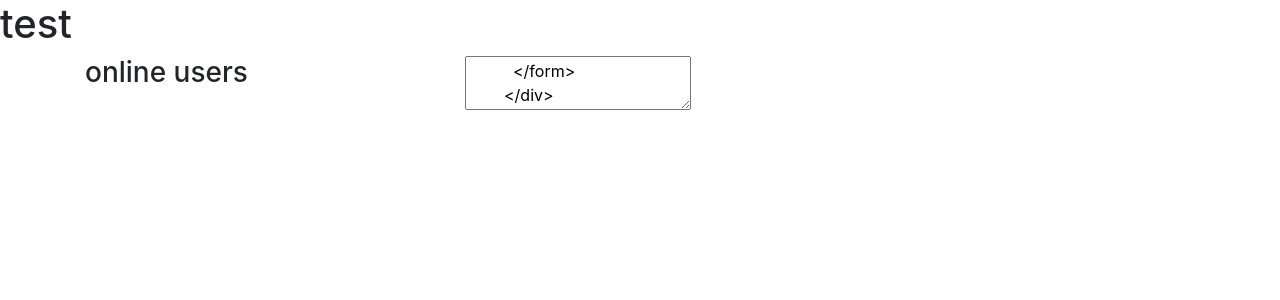
Repository: lakitha96/chat-socket.io
Page: index.html
These files come from the project's save history. The page is drawn as it stood at one moment and after a run of saves; the edit follows.
The browser window is 1280 px wide. The pictures show the whole page.
Some web libraries are served in a nearby version.

Above is the page before, as saved 2018-07-17 15:23:51.
Not found: js/scripts.js

### index.html
<!doctype html>

<html lang="en">
<head>
  <meta charset="utf-8">

  <title>The HTML5 Herald</title>
  <meta name="description" content="The HTML5 Herald">
  <meta name="author" content="SitePoint">

  <link rel="stylesheet" href="https://maxcdn.bootstrapcdn.com/bootstrap/4.0.0/css/bootstrap.min.css" integrity="sha384-Gn5384xqQ1aoWXA+058RXPxPg6fy4IWvTNh0E263XmFcJlSAwiGgFAW/dAiS6JXm" crossorigin="anonymous">
  <script src="https://code.jquery.com/jquery-3.2.1.slim.min.js" integrity="sha384-KJ3o2DKtIkvYIK3UENzmM7KCkRr/rE9/Qpg6aAZGJwFDMVNA/GpGFF93hXpG5KkN" crossorigin="anonymous"></script>
  <script src="https://cdnjs.cloudflare.com/ajax/libs/popper.js/1.12.9/umd/popper.min.js" integrity="sha384-ApNbgh9B+Y1QKtv3Rn7W3mgPxhU9K/ScQsAP7hUibX39j7fakFPskvXusvfa0b4Q" crossorigin="anonymous"></script>
  <script src="https://maxcdn.bootstrapcdn.com/bootstrap/4.0.0/js/bootstrap.min.js" integrity="sha384-JZR6Spejh4U02d8jOt6vLEHfe/JQGiRRSQQxSfFWpi1MquVdAyjUar5+76PVCmYl" crossorigin="anonymous"></script>
  <script src="https://cdnjs.cloudflare.com/ajax/libs/socket.io/2.1.1/socket.io.dev.js"></script>

  <!--[if lt IE 9]>
    <script src="https://cdnjs.cloudflare.com/ajax/libs/html5shiv/3.7.3/html5shiv.js"></script>
  <![endif]-->
</head>

<body>
  <script src="js/scripts.js"></script>
  <h1>test</h1>
  <div class="container">
    <div class="row">
      <div class="col-md-4">
          <div class="well">
            <h3>online users</h3>
            <ul class="list-group" id="users"></ul>
          </div>
      </div>

      <div class="col-md-8">
        <div class="chat" id="chat">
          <form id="message-form">
            <div class="form-group">
              <textarea id="message"
            </div>
          </form>
        </div>
      </div>

    </div>
  </div>
</body>
</html>

After the next 2 saves:
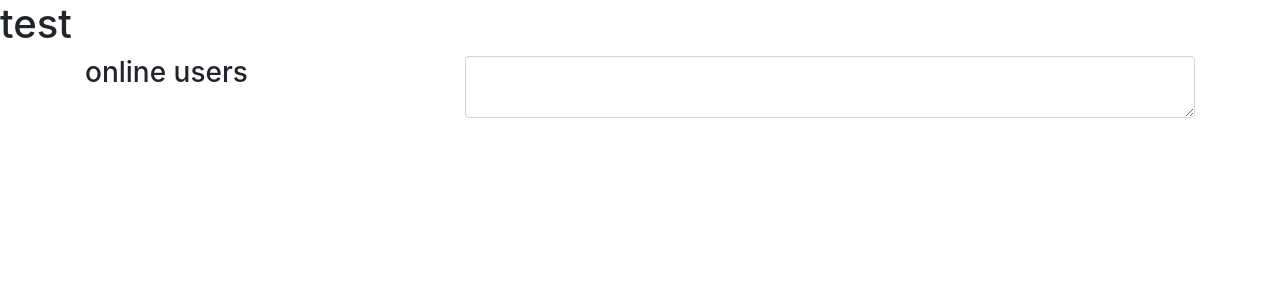
The 2 saves are shown as one change because they came seconds apart.
The last was saved 13 s later.
--- a/index.html
+++ b/index.html
@@ -35,7 +35,7 @@
         <div class="chat" id="chat">
           <form id="message-form">
             <div class="form-group">
-              <textarea id="message"
+              <textarea id="message" class="form-control"></textarea>
             </div>
           </form>
         </div>
